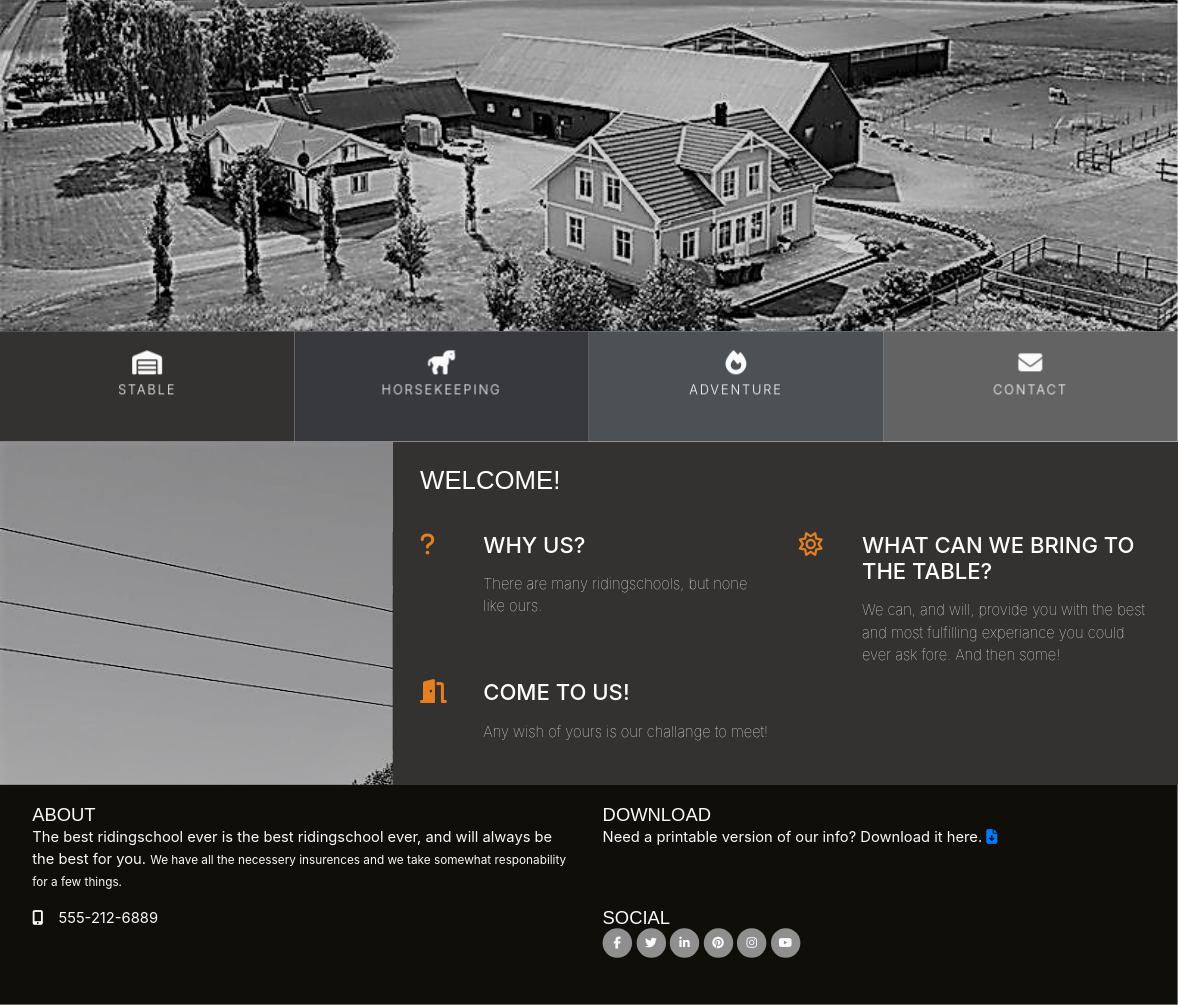
Repository: Jadehammar/frontendmilestone
Page: stable.html
The author's editor kept a record of every edit. The page is drawn from the files as they stood at one moment, then again after the next edit.
The browser window is 1280 px wide. The pictures show the whole page, at 92% of full size.
Backgrounds fixed to the window are drawn as part of the page. Some web libraries are served in a nearby version.

Above is the page before.

### stable.html
<!DOCTYPE html>
<html lang="en">

<head>
    <meta charset="UTF-8">
    <meta name="viewport" content="width=device-width, initial-scale=1.0">
    <meta http-equiv="X-UA-Compatible" content="ie=edge">
    <link rel="stylesheet" href="https://stackpath.bootstrapcdn.com/font-awesome/4.7.0/css/font-awesome.min.css" type="text/css" />
    <link rel="stylesheet" href="https://cdnjs.cloudflare.com/ajax/libs/hover.css/2.3.1/css/hover-min.css" type="text/css" />
    <link rel="stylesheet" href="https://stackpath.bootstrapcdn.com/bootstrap/4.3.1/css/bootstrap.min.css" type="text/css" />
    <link rel="stylesheet" href="assets/css/style.css" type="text/css" />
    <title>Ridingschool, stable</title>
</head>

<body>
    <header>
        <div class="row no-gutters">
            <a href="stable.html" class="col-12 logo"></a>
            <div class="col-md-12">
                <div class="row no-gutters">
                    <div class="col">
                        <ul id="nav" class="list-inline menucontainer">
                            <li class="col-6 col-sm-3 ui-menue-color-home list-inline-item menueitem">
                                <a href="stable.html" class="hvr-bounce-to-bottom"><i class="fa fa-warehouse" aria-hidden="true"></i><span>Stable</span></a>
                            </li>
                            <li class="col-6 col-sm-3 ui-menue-color-resume list-inline-item menueitem">
                                <a href="horsekeeping.html" class="hvr-bounce-to-bottom"><i class="fa fa-horse" aria-hidden="true"></i><span>Horsekeeping</span></a>
                            </li>
                            <li class="col-6 col-sm-3 ui-menue-color-contact list-inline-item menueitem">
                                <a href="adventure.html" class="hvr-bounce-to-bottom"><i class="fa fa-fire" aria-hidden="true"></i><span>Adventure</span></a>
                            </li>
                            <li class="col-6 col-sm-3 ui-menue-color-download list-inline-item menueitem">
                                <a href="contact.html" class="hvr-bounce-to-bottom"><i class="fa fa-envelope" aria-hidden="true"></i><span>contact</span></a>
                            </li>

                        </ul>
                    </div>
                </div>
            </div>
        </div>
    </header>
    <section class="container-fluid">
        <div class="row">
            <div class="col-md-4 bg-color-personal-info section-column logo-stable">
                <div class="row">
                    <div class="col-12">
                    </div>
                </div>
            </div>
            <div class="col-md-8 bg-color-three-reasons section-column">
                <div class="row">
                    <div class="col">
                        <h3 class="section-heading uppercase">Welcome!</h3>
                    </div>
                </div>
                <div class="row">
                    <div class="col-10 offset-1 offset-sm-0 col-sm-4 col-md-6">
                        <div class="row">
                            <div class="col-2">
                                <i class="three-reasons-icon fa fa-question" aria-hidden="true"></i>
                            </div>
                            <div class="col-10">
                                <h4 class="three-reasons-heading uppercase">Why us?</h4>
                                <p>
                                    There are many ridingschools, but none like ours.
                                </p>
                            </div>
                        </div>
                    </div>
                    <div class="col-10 offset-1 offset-sm-0 col-sm-4 col-md-6">
                        <div class="row">
                            <div class="col-2">
                                <i class="three-reasons-icon far fa-sun" aria-hidden="true"></i>
                            </div>
                            <div class="col-10">
                                <h4 class="three-reasons-heading uppercase">What can we bring to the table?</h4>
                                <p>
                                    We can, and will, provide you with the best and most fulfilling experiance you could ever ask fore. And then some!
                                </p>
                            </div>
                        </div>
                    </div>
                    <div class="col-10 offset-1 offset-sm-0 col-sm-4 col-md-6">
                        <div class="row">
                            <div class="col-2">
                                <i class="three-reasons-icon fa fa-door-open" aria-hidden="true"></i>
                            </div>
                            <div class="col-10">
                                <h4 class="three-reasons-heading uppercase">Come to us!</h4>
                                <p>
                                    Any wish of yours is our challange to meet!
                                </p>
                            </div>
                        </div>
                    </div>
                </div>
            </div>
    </section>
<footer class="container-fluid">
    <div id="footer-details" class="row">
        <div class="col-sm-6">
            <h5 class="uppercase general-sub">About</h5>
            <p class="inline-block">
                The best ridingschool ever is the best ridingschool ever, and will always be the best for you.
                <small>We have all the necessery insurences and we take somewhat responability for a few things.</small>
            </p>
        </div>
        <div class="col-sm-6">
            <h5 class="uppercase general-sub">Download</h5>
            <p class="inline-block">
                Need a printable version of our info? Download it here.
                <a href="assets/info.pdf" taraget="_blank" class="info-pdf">
                        <i class="fas fa-file-download" aria-hidden="true"></i>
                        <span class="sr-only">Download link.</span>
                    </a>
            </p>
        </div>
        <div class="col-sm-6">
            <i class="fa fa-mobile" aria-hidden="true" style="padding-right: 12px;"></i>
            <p class="inline-block"> 555-212-6889
                <span class="sr-only">Phone.</span>
                </a>
            </p>
        </div>
        <div class="col-sm-4">
            <h5 class="uppercase general-sub">social</h5>
            <ul class="list-inline social-links">
                <li class="list-inline-item">
                    <a target="_blank" href="#">
                            <i class="fab fa-facebook-f" aria-hidden="true"></i>
                            <span class="sr-only">Facebook</span>
                        </a>
                </li>
                <li class="list-inline-item">
                    <a target="_blank" href="#">
                            <i class="fab fa-twitter" aria-hidden="true"></i>
                            <span class="sr-only">Twitter</span>
                        </a>
                </li>
                <li class="list-inline-item">
                    <a target="_blank" href="#">
                            <i class="fab fa-linkedin-in" aria-hidden="true"></i>
                            <span class="sr-only">LinkedIn</span>
                        </a>
                </li>
                <li class="list-inline-item">
                    <a target="_blank" href="#">
                            <i class="fab fa-pinterest" aria-hidden="true"></i>
                            <span class="sr-only">Pinterest</span>
                        </a>
                </li>
                <li class="list-inline-item">
                    <a target="_blank" href="#">
                            <i class="fab fa-instagram" aria-hidden="true"></i>
                            <span class="sr-only">Instagram</span>
                        </a>
                </li>
                <li class="list-inline-item">
                    <a target="_blank" href="#">
                            <i class="fab fa-youtube" aria-hidden="true"></i>
                            <span class="sr-only">YouTube</span>
                        </a>
                </li>
            </ul>
        </div>
    </div>
</footer>
    <script src="https://kit.fontawesome.com/d636ceede3.js"></script>
</body>

</html>

### assets/css/style.css
@import url('https://fonts.googleapis.com/css?family=Roboto:100,200,300,400,500,600,700│exo:100,200,300,400,500,600,700');

/*---------------------------------------------color-------------------------------------*/

.container-wrapper--red {
    background-color: #4b5154;
    color: white;
}

.feature {
    color: #fff;
}

.bg-color-name-title {
    background-color: #676767;
}

.bg-color-three-reasons {
    background-color: #333230;
    color: #fff;
    font-weight: 100;
}

.bg-color-personal-info {
    background-color: #f4f4f4;
}

.ui-menue-color-home {
    background-color: #333230;

}

.ui-menue-color-resume {
    background-color: #38393c;

}

.ui-menue-color-contact {
    background-color: #4b5154;

}

.ui-menue-color-download {
    background-color: #4e4e4ee0;

}

.bg-color-work-history {
    background-color: #646464;
}

.bg-color-contact {
    background-color: #646464;

}

/*---------------------------------------------Special padding/margins/text-------------------------------------*/

h1,
h2,
h3,
h4,
h5 {
    margin: 0;
}

.uppercase {
    text-transform: uppercase;
    color: #fff;
}

.general-sub {
    font-family: "Exo", sans-serif;
    font-weight: 200;
    color: #fafafa;
}

.inline-block {
    display: inline-block;
}

.row-table {
    display: table;
}

.section-column {
    display: table-cell;
    padding: 0 30px 30px;
    float: none;
}

.history-heading,
.section-heading {
    font-family: "Exo", sans-serif;
    font-weight: 200;
    margin-bottom: 40px;
    margin-top: 25px;
}

/*---------------------------------------------Heading-------------------------------------*/

header {
    margin: 0;
}

.heading {
    margin-left: 50px;

}

.logo-stable {
    background:  url("../images/gård på avstånd.jpg")
}

.logo {
    background: url("../images/Varberg-intro-800x418_bw.jpg.jpg") no-repeat bottom right fixed;
    background-position: center;
    background-repeat: no-repeat;
    background-size: cover;
    min-height: 360px;
    transition: all .75s ease-in-out;
    -moz-transition: all .75s ease-in-out;
    -webkit-transition: all .75s ease-in-out;
    -o-transition: all .75s ease-in-out;
}

.name {
    font-family: "Exo" sans-serif;
    font-weight: 100;
    font-size: 46px;
    margin-top: 50px;
    color: #fff;
}

.title {
    font-family: "Roboto" sans-serif;
    font-weight: 200;
    font-size: 28px;
    margin-top: 20px;
    margin-bottom: 90px;
    color: #fff;
}

.list-inline-item:not(:last-child) {
    margin: 0;
}

.menucontainer {
    font-size: 0;
}

#nav li {
    font-size: 14px;
    padding: 0;
}

#nav {
    margin: 0;
}

.menueitem {
    height: 120px;
    text-align: center;
    padding: 0;
}

.menueitem a {
    width: 100%;
    text-decoration: none;
    color: #fff;
    height: 120px;
}

.menueitem a i {
    padding-top: 22px;
    display: block;
    color: #fafafa;
    font-size: 26px;
}

.menueitem span {
    display: block;
    width: 100%;
    padding-top: 5px;
    text-align: center;
    text-transform: uppercase;
    font-size: 14px;
    font-weight: 300;
    letter-spacing: 2px;
}


/*---------------------------------------------Hover.css-------------------------------------*/

.hvr-bounce-to-bottom:before {
    background: rgba(0, 0, 0, 0.2);
    height: 120px;
}

/*---------------------------------------------Footer-------------------------------------*/

footer {
    background-color: #100e08;
    color: #fafafa;
    min-height: 120px;
    margin: 0;
}

.cv-pdf i {
    font-size: 18px;
    color: #fafafa;
    text-align: center;
    padding-left: 5px;
    transition: all 0.35s ease-in-out;
    -moz-transition: all 0.35s ease-in-out;
    -webkit-transition: all 0.35s ease-in-out;
    -o-transition: all 0.35 ease-in-out;
}

.cv-pdf i:hover {
    color: #e84160;
    font-size: 19px;
}

.social-links {
    padding-bottom: 15px;
}


.social-links li a i {
    width: 32px;
    height: 32px;
    padding: 12px 0;
    border-radius: 50%;
    font-size: 13px;
    line-height: 7px;
    text-align: center;
    color: #fafafa;
    background: #8f8f8f;
    transition: all 0.35s ease-in-out;
    -moz-transition: all 0.35s ease-in-out;
    -webkit-transition: all 0.35s ease-in-out;
    -o-transition: all 0.35 ease-in-out;
}

.social-links li a i:hover {
    background: #e84610;
}

#footer-details {
    padding: 20px;
}

/*---------------------------------------------Three reasons-------------------------------------*/

.three-reasons-icon {
    font-size: 26px;
    color: #e67e22;
}

.three-reasons-heading {
    margin-bottom: 15px;
}

/*---------------------------------------------Personal info-------------------------------------*/

.personal-info-item {
    margin-bottom: 20px;
    display: block;
    clear: both;

}

.personal-info-item .key,
.personal-info-item .value {
    padding-right: 8px;
    display: inline-block;
}

.personal-info-item .key p,
.personal-info-item .value p {
    margin: 0;
}

.personal-info-item .key {
    width: 30%;
    margin-right: 21px;
    padding-top: 2px;
    vertical-align: top;

}

.personal-info-item .key p {
    font-weight: 700;
}

.personal-info-item .value {
    position: relative;
    width: 60%;

}

/*---------------------------------------------Contact-form-------------------------------------*/

.contact-heading {
    font-family: "Exo", sans-serif;
    font-weight: 300;
    margin-top: 25px;
    margin-bottom: 20px;
    color: #fff;
}

.center-form {
    padding-top: 10px;
    margin: 0 auto;
    max-width: 70%;
}

button [type="submit"] {
    margin: 20px 20px 20px 20px;
    background-color: #e84610;
}

.btn-secondary {
    margin: 20px;
    background-color: #363a3e;
    border-color: #6a6a6b;
}


/*---------------------------------------------Media-query-------------------------------------*/

@media(min-width: 992px) {
    .center-form {
        padding-top: 30px;
        min-height: 240;
        margin: 0 auto;
        max-width: 50%;
    }
}

After the next edit:
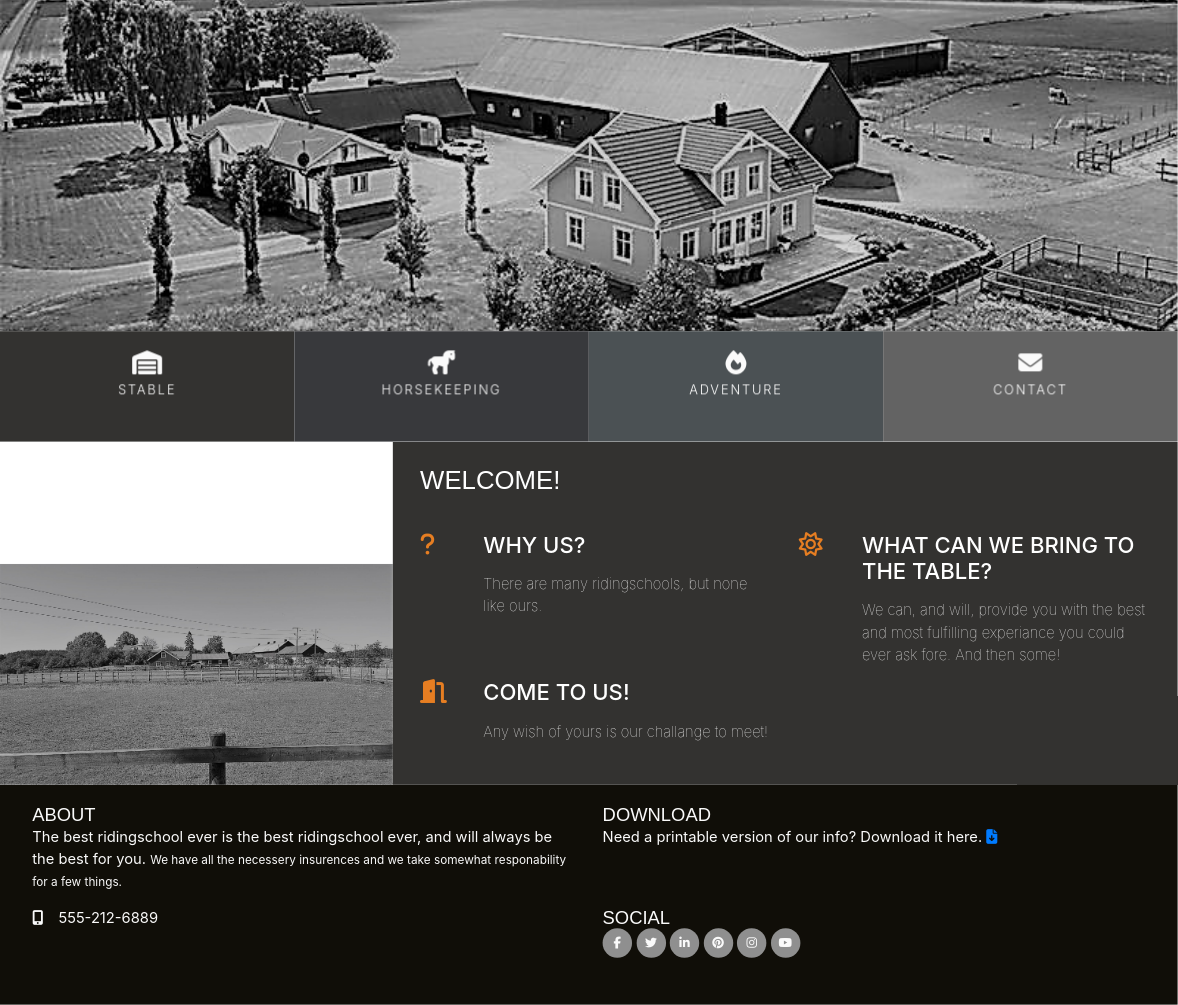
The edit:
--- a/assets/css/style.css
+++ b/assets/css/style.css
@@ -109,7 +109,10 @@
 }
 
 .logo-stable {
-    background:  url("../images/gård på avstånd.jpg")
+    background:  url("../images/gård på avstånd.jpg") no-repeat bottom right fixed;
+    background-size: contain;
+    padding: 0;
+    border:0;
 }
 
 .logo {
